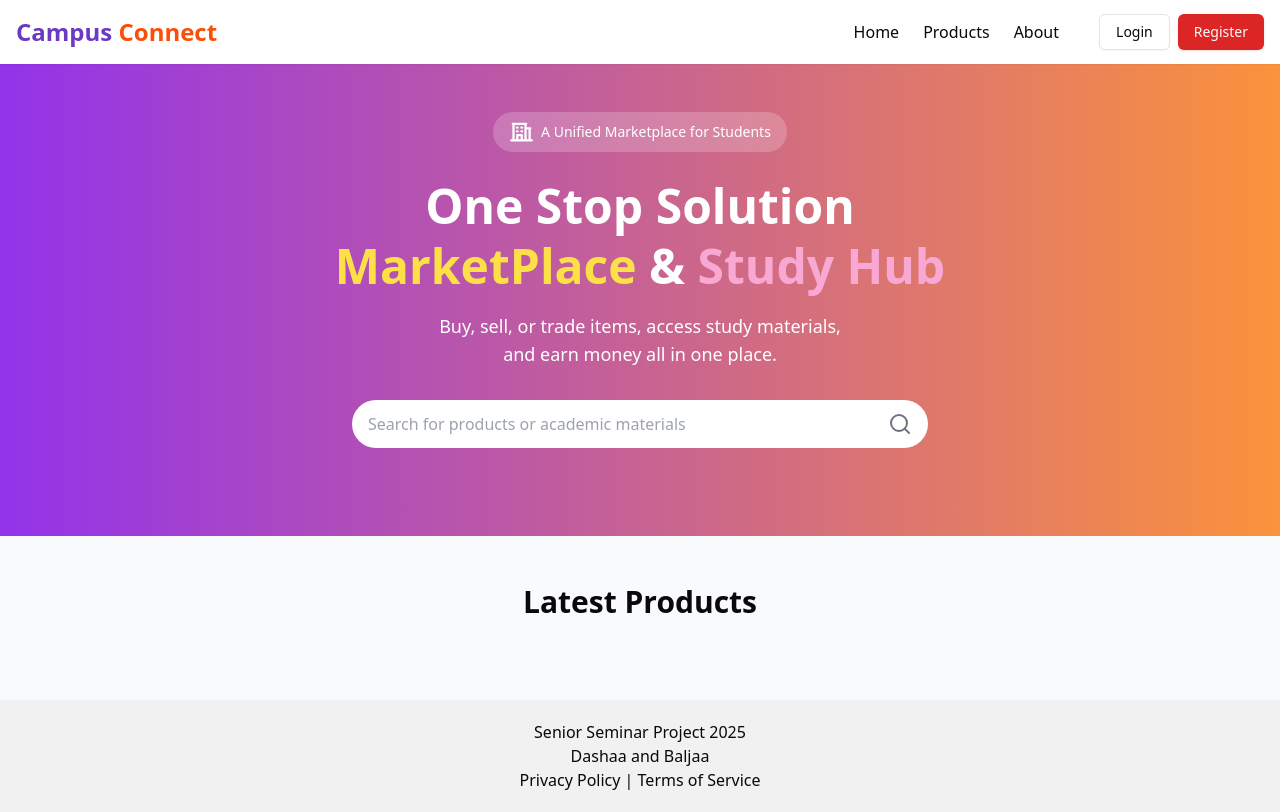
Repository: DashaaFX/Campus-Connect-CSC482
Page: /home (app in frontend-recovery/)
An editor plug-in stored every save of this project. The page is shown before and after a run of saves, followed by the edit.
The browser window is 1280 px wide. The pictures show the whole page.
The page's requests for data from a server got no answer. The project was rebuilt for these pictures with package versions that can differ from the ones it lists, and the page was loaded fresh each time. No one was signed in, and anything a server would have sent is missing. Also part of the build but not shown: frontend-recovery/vite.config.js, frontend-recovery/src/components/ui/popover.jsx, frontend-recovery/src/components/ui/avatar.jsx, frontend-recovery/src/components/ui/label.jsx, frontend-recovery/src/components/ui/input.jsx, frontend-recovery/src/components/ui/radio-group.jsx, frontend-recovery/src/components/authentication/Login.jsx, frontend-recovery/src/components/authentication/Register.jsx and 22 more.

Above is the page before, as saved 2025-04-30 19:11:51.

After the next 2 saves:
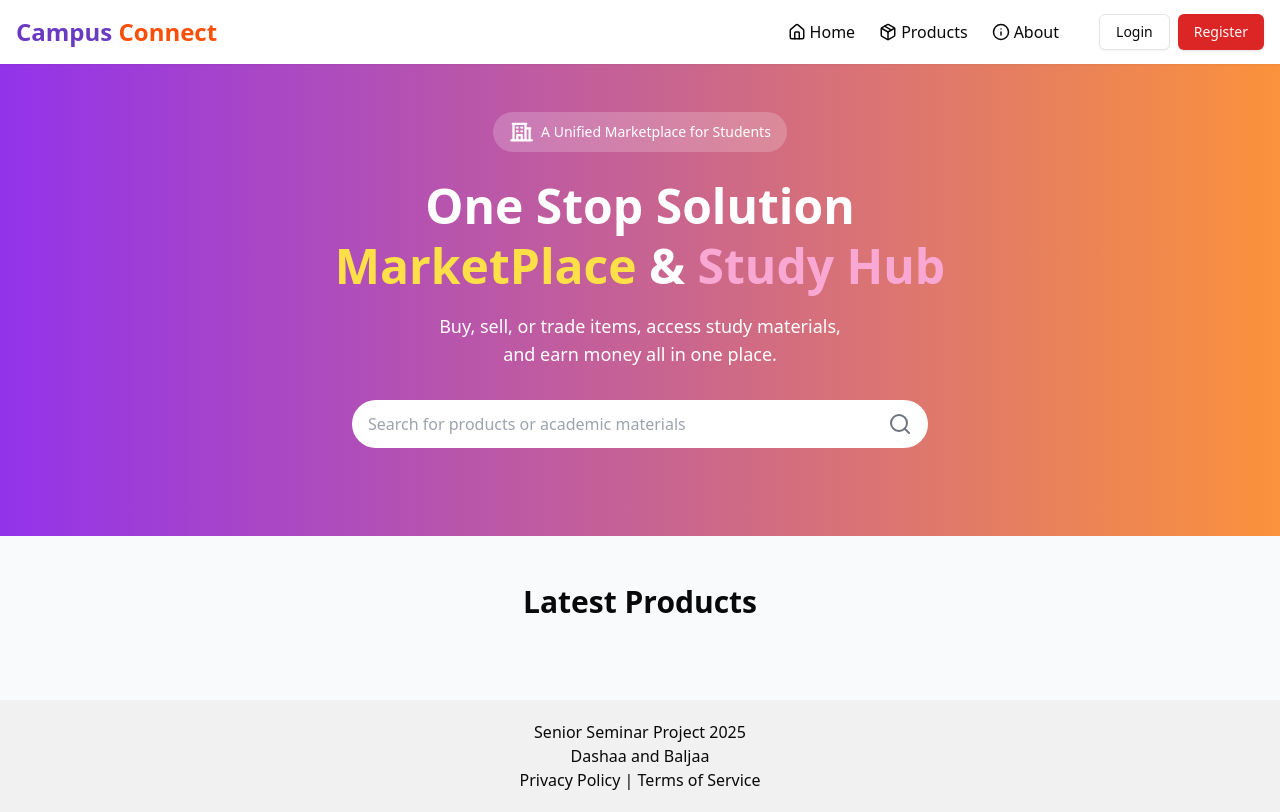
The 2 saves are shown as one change because they came seconds apart.
The last was saved 41 s later.
--- a/frontend-recovery/src/components/components_lite/Navbar.jsx
+++ b/frontend-recovery/src/components/components_lite/Navbar.jsx
@@ -56,9 +56,18 @@
 
         <div className="flex items-center gap-10">
           <ul className="flex font-medium items-center gap-6">
-            <li><Link to={"/Home"}>Home</Link></li>
-            <li><Link to={"/products"}>Products</Link></li>
-            <li><Link to={"/Creator"}>About</Link></li>
+          <li className="flex items-center gap-1">
+            <Home size={18} />
+            <Link to={"/Home"}>Home</Link>
+          </li>
+          <li className="flex items-center gap-1">
+            <Package size={18} />
+            <Link to={"/admin/products"}>Products</Link>
+          </li>
+          <li className="flex items-center gap-1">
+            <Info size={18} />
+            <Link to={"/Creator"}>About</Link>
+          </li>
 
             {user && (
               <>

After the 2 saves that followed:
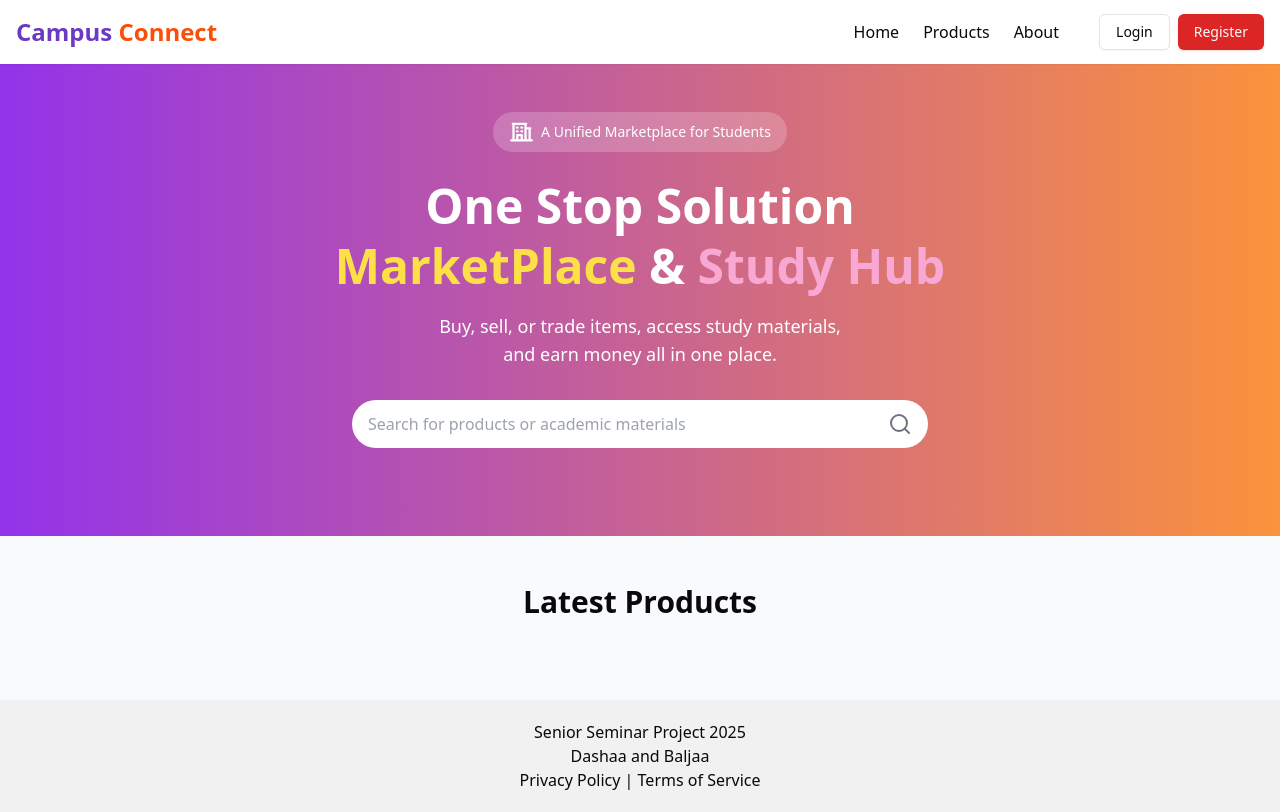
The 2 saves are shown as one change because 1 left the picture as it was.
The last was saved 24 s later.
--- a/frontend-recovery/src/components/components_lite/Navbar.jsx
+++ b/frontend-recovery/src/components/components_lite/Navbar.jsx
@@ -56,18 +56,9 @@
 
         <div className="flex items-center gap-10">
           <ul className="flex font-medium items-center gap-6">
-          <li className="flex items-center gap-1">
-            <Home size={18} />
-            <Link to={"/Home"}>Home</Link>
-          </li>
-          <li className="flex items-center gap-1">
-            <Package size={18} />
-            <Link to={"/admin/products"}>Products</Link>
-          </li>
-          <li className="flex items-center gap-1">
-            <Info size={18} />
-            <Link to={"/Creator"}>About</Link>
-          </li>
+            <li><Link to={"/Home"}>Home</Link></li>
+            <li><Link to={"/products"}>Products</Link></li>
+            <li><Link to={"/Creator"}>About</Link></li>
 
             {user && (
               <>
